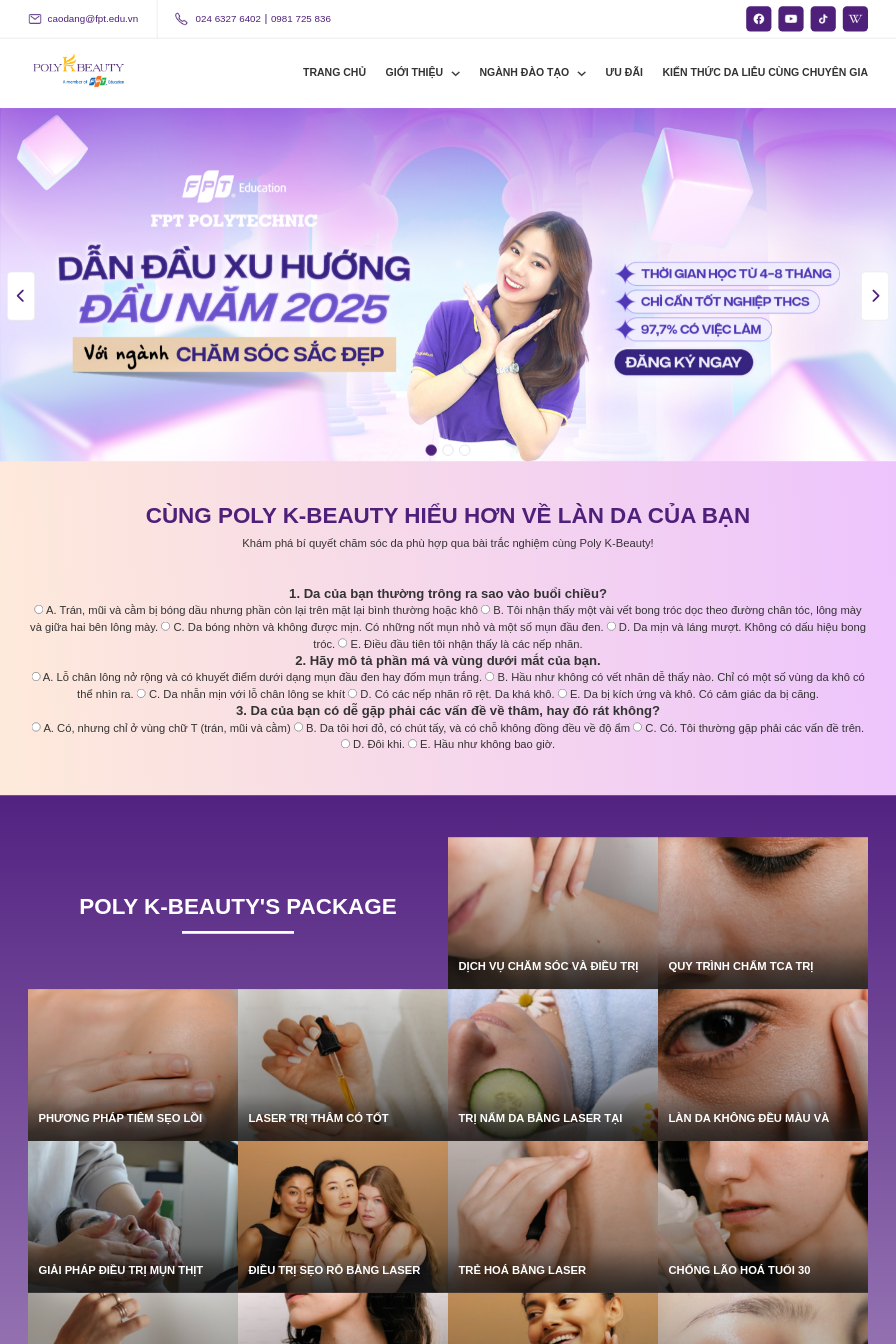
Repository: dinhtri123/k_beauty
Page: test.html
The author's editor kept a copy of each file at every save. The page is drawn from the files as they stood at one save, then again after the next save.
The browser window is 1280 px wide. The pictures show the part of the page from y = 0 to 1920 px (the page is 4594 px tall), at 70% of full size.
Some web fonts or font styles are not loaded; a fallback is used.

Above is the page before, as saved 2024-12-25 14:13:19.

After the next save:
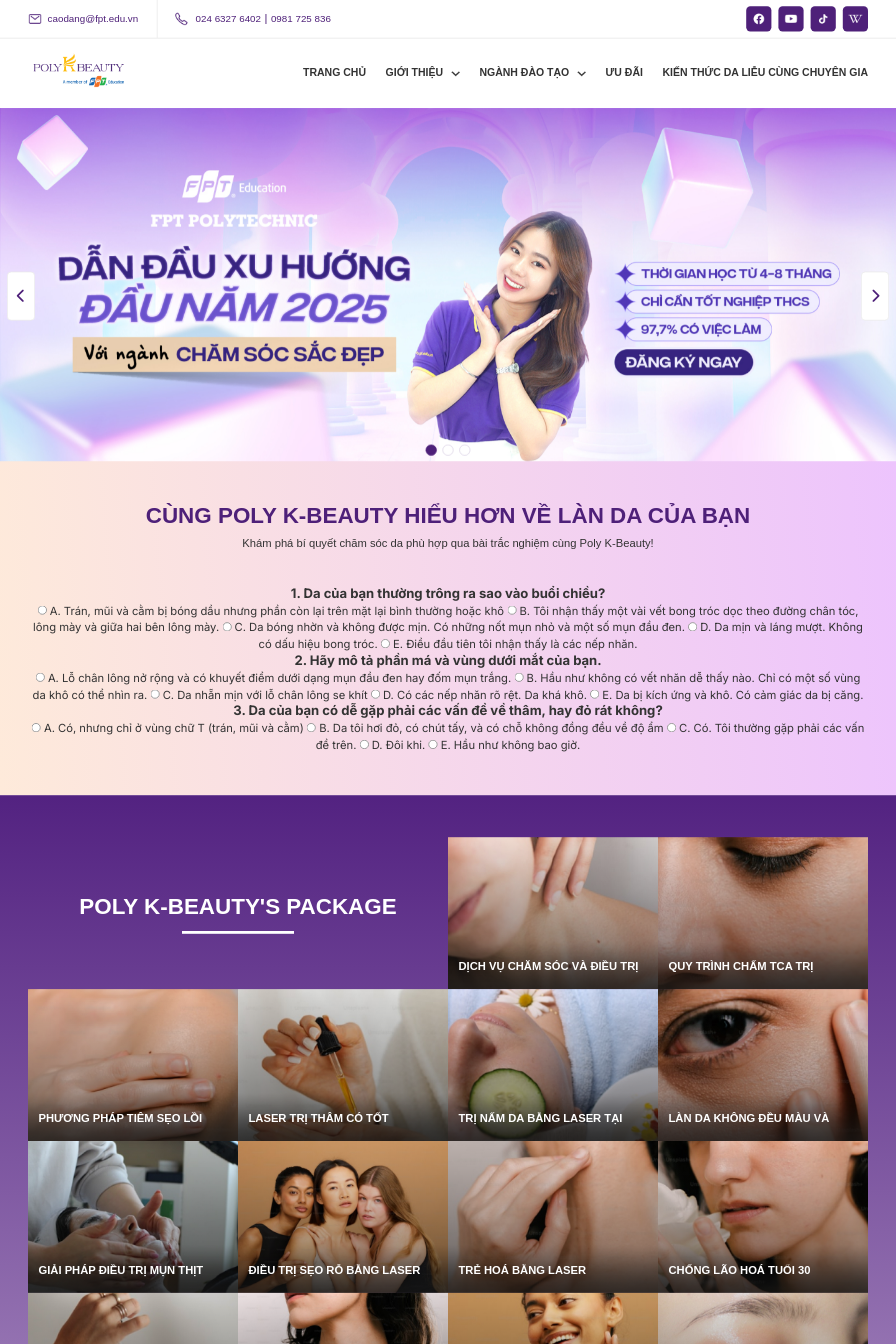
Saved 29 s later.
--- a/css/test.css
+++ b/css/test.css
@@ -1,3 +1,6 @@
+.befenit-question * {
+  font-family: var(--font-secondary);
+}
 .befenit-item {
   background-color: var(--cl-white);
   padding: 24px 32px;
